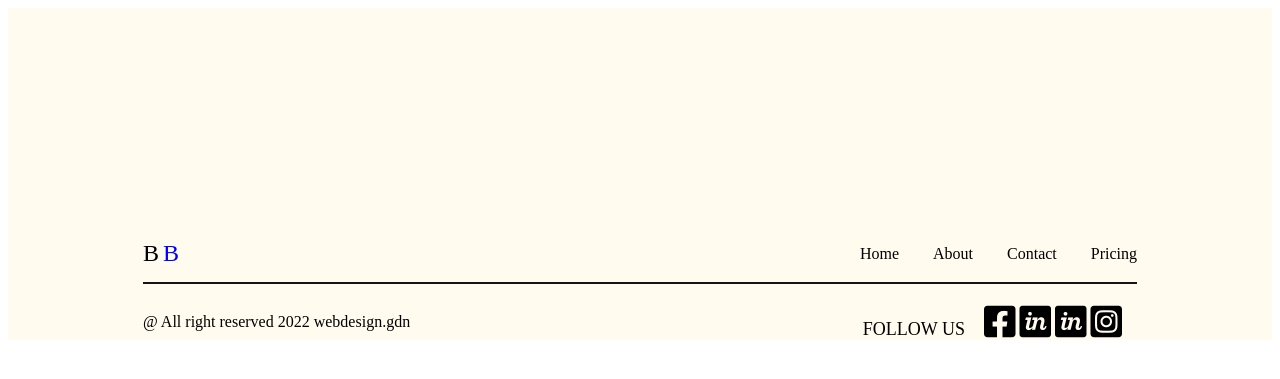
Repository: ngocphuocha/4lifeteam-marketing-agency
Page: index.html
These files come from the project's save history. The page is drawn as it stood at one moment and after the next save; the edit follows.
The browser window is 1280 px wide. The pictures show the whole page.

Above is the page before, as saved 2023-03-13 17:41:33.

After the next save:
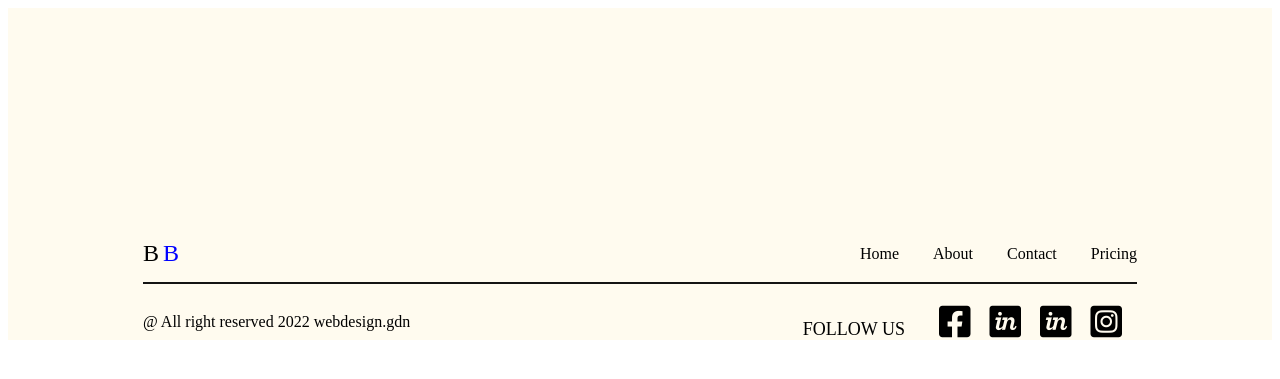
Saved 7 s later.
--- a/css/footer-service.css
+++ b/css/footer-service.css
@@ -43,7 +43,7 @@
     font-size: 18px;
   }
   .background-footer .footer .text-right i{
-    /* padding-left: 15px; */
+    padding-left: 15px;
     font-size: 36px;
   }
 
